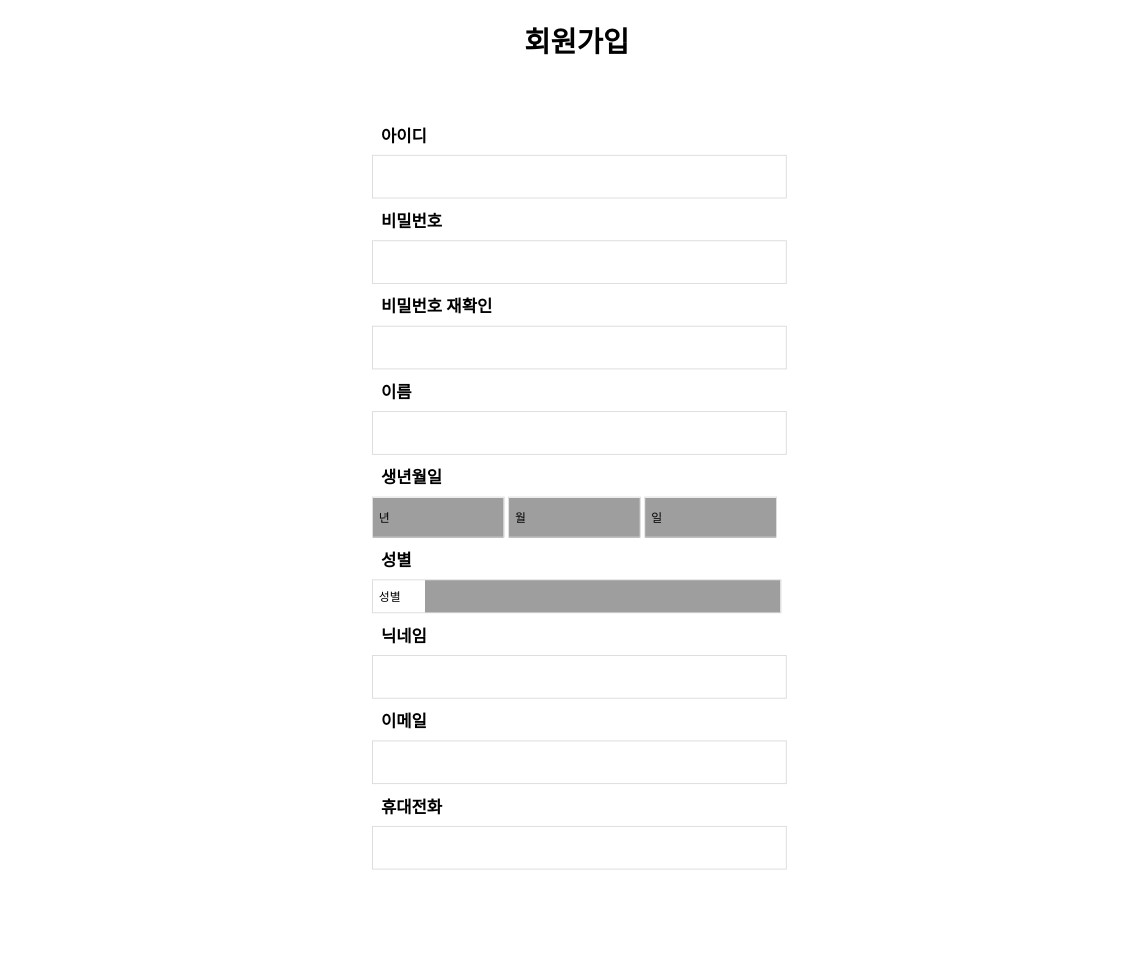
Repository: agheha/trillion
Page: YH/login/login.html
An editor plug-in stored every save of this project. The page is shown before and after a run of saves, followed by the edit.
The browser window is 1280 px wide. The page is 1288 px wide, so the pictures cover 1288 px, including what lies to the right of the window. The pictures show the whole page, at 89% of full size.
Pictures or frames that could not be fetched are drawn as grey boxes.

Above is the page before, as saved 2019-09-03 20:14:47.

### YH/login/login.html
<!DOCTYPE html>
<html lang="en">
<head>
    <meta charset="UTF-8">
    <meta name="viewport" content="width=device-width, initial-scale=1.0">
    <meta http-equiv="X-UA-Compatible" content="ie=edge">
    <title>Document</title>
    <link rel="stylesheet" href="login.css">
</head>
<body>
    <form>
        <header><h1>회원가입</h1></header>
        <fieldset>
                <div>
                    <h3>아이디</h3>
                    <div><input class="user_id" type="text" name="msg"></div>
                    <h3>비밀번호</h3>
                    <div><input type="password" name="pass"></div>
                    <h3>비밀번호 재확인</h3>
                    <div><input type="password" name="pass"></div>
                    <h3>이름</h3>
                    <div><input type="text" name="name"></div>
                    <h3>생년월일</h3>
                    <div>
                        <select id="birth_year" name="year">
                            <option value="1990">1990</option>
                            <option value="1991">1991</option>
                            <option value="1992">1992</option>
                            <option value="1993">1993</option>
                            <option value="1994">1994</option>
                            <option value="1995">1995</option>
                            <option value="1996">1996</option>
                            <option value="1997">1997</option>
                            <option value="1998">1998</option>
                            <option value="1999">1999</option>
                            <option value="2001">2001</option>
                            <option value="2002">2002</option>
                            <option value="2003">2003</option>
                            <option value="2004">2004</option>
                            <option value="2005">2005</option>
                            <option value="2006">2006</option>
                            <option value="2007">2007</option>
                            <option value="2008">2008</option>
                            <option value="2009">2009</option>
                            <option value="2010">2010</option>
                            <option value="2011">2011</option>
                            <option value="2012">2012</option>
                            <option value="2013">2013</option>
                            <option value="2014">2014</option>
                            <option value="2015">2015</option>
                            <option value="2016">2016</option>
                            <option value="2017">2017</option>
                            <option value="2018">2018</option>
                            <option value="2019">2019</option>
                            <option value="0" selected>년</option>
                        </select>
                        <select id="birth_month" name="month">
                            <option value="1">1</option>
                            <option value="2">2</option>
                            <option value="3">3</option>
                            <option value="4">4</option>
                            <option value="5">5</option>
                            <option value="6">6</option>
                            <option value="7">7</option>
                            <option value="8">8</option>
                            <option value="9">9</option>
                            <option value="10">10</option>
                            <option value="11">11</option>
                            <option value="12">12</option>
                        <option value="0" selected>월</option>
                    </select>
                        <select id="birth_date" name="date">
                            <option value="1">1</option>
                            <option value="2">2</option>
                            <option value="3">3</option>
                            <option value="4">4</option>
                            <option value="5">5</option>
                            <option value="6">6</option>
                            <option value="7">7</option>
                            <option value="8">8</option>
                            <option value="9">9</option>
                            <option value="10">10</option>
                            <option value="11">11</option>
                            <option value="12">12</option>
                            <option value="13">13</option>
                            <option value="14">14</option>
                            <option value="15">15</option>
                            <option value="16">16</option>
                            <option value="17">17</option>
                            <option value="18">18</option>
                            <option value="19">19</option>
                            <option value="20">20</option>
                            <option value="21">21</option>
                            <option value="22">22</option>
                            <option value="23">23</option>
                            <option value="24">24</option>
                            <option value="25">25</option>
                            <option value="26">26</option>
                            <option value="27">27</option>
                            <option value="28">28</option>
                            <option value="29">29</option>
                            <option value="30">30</option>
                            <option value="31">31</option>
                         <option value="0" selected>일</option>
                        </select>
                </div>
                <h3>성별</h3>
                <div>
                     <select id="gender" name="gender">
                        <option value="1">남자</option>
                        <option value="2">여자</option>
                        <option value="0" selected>성별</option>
                    </select>
                </div>
                <h3>닉네임</h3>
                <div><input type="password" name="nicname"></div>
                <h3>이메일</h3>
                <div><input type="email" name="email" required></div>
                <h3>휴대전화</h3>
                <div><input type="text" name="phnum"></div>
            </div>
        </fieldset>
        <footer></footer>
    </form>
</body>
</html>

### YH/login/login.css
body,html {
    width : 100%;
    height: 100%;
}
input{
    width: 100%;
    height: 45px;
    border: 1px solid #dadada;
    font-size: 15px;
}

#gender{
    width: 100%;
    height: 100%;
    border: 1px solid #dadada;
    padding: .8em .5em;
    font-family: inherit;
    background: #FFF url(https://static.nid.naver.com/images/join/pc/sel_arr_2x.gif) 100% 50% no-repeat;
    border-radius: 0px;
    -webkit-appearance: none;
    -moz-appearance: none;
    appearance: none;
}
#birth_year,#birth_month,#birth_date {
    width: 149px;
    height: 46px;
    border: 1px solid #dadada;
    padding: .8em .5em;
    font-family: inherit;
    background: #FFF url(https://static.nid.naver.com/images/join/pc/sel_arr_2x.gif) 100% 50% no-repeat;
    border-radius: 0px;
    -webkit-appearance: none;
    -moz-appearance: none;
    appearance: none;

}
h1 {
    text-align: center;
}
h3 {
    margin : 10px;
}
fieldset {
    width: 890px;
    margin : 0 auto;
    border : none;
}
fieldset > div {
    width: 460px;
    margin : 0 auto;
}
header{
    height: 100px;
    width: 100%;
}
footer {
    height: 100px;
    width: 100%;
}

After the next 2 saves:
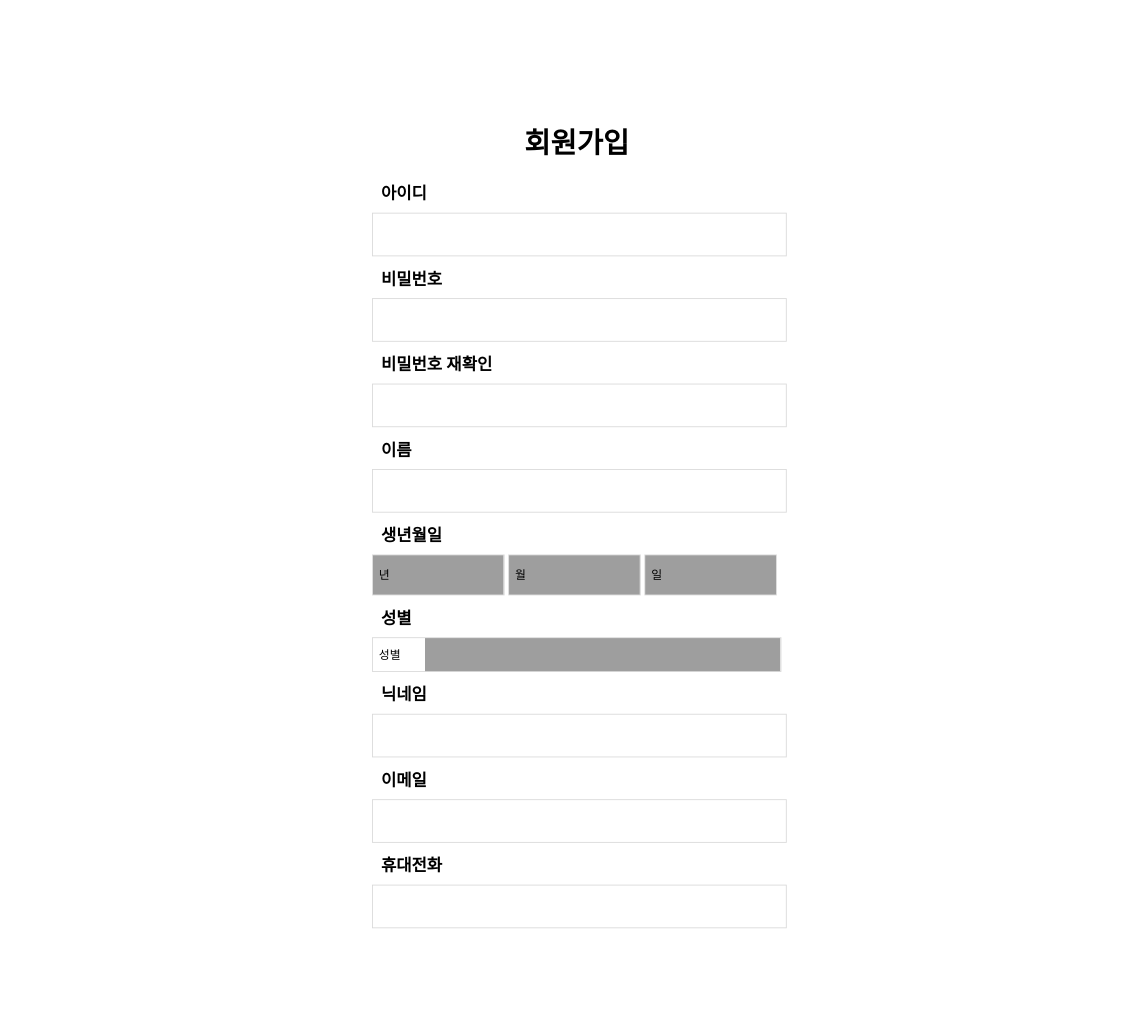
The 2 saves are shown as one change because they came seconds apart.
The last was saved 33 s later.
--- a/YH/login/login.html
+++ b/YH/login/login.html
@@ -9,8 +9,9 @@
 </head>
 <body>
     <form>
-        <header><h1>회원가입</h1></header>
+        <header></header>
         <fieldset>
+                <h1>회원가입</h1>
                 <div>
                     <h3>아이디</h3>
                     <div><input class="user_id" type="text" name="msg"></div>

After the save that followed:
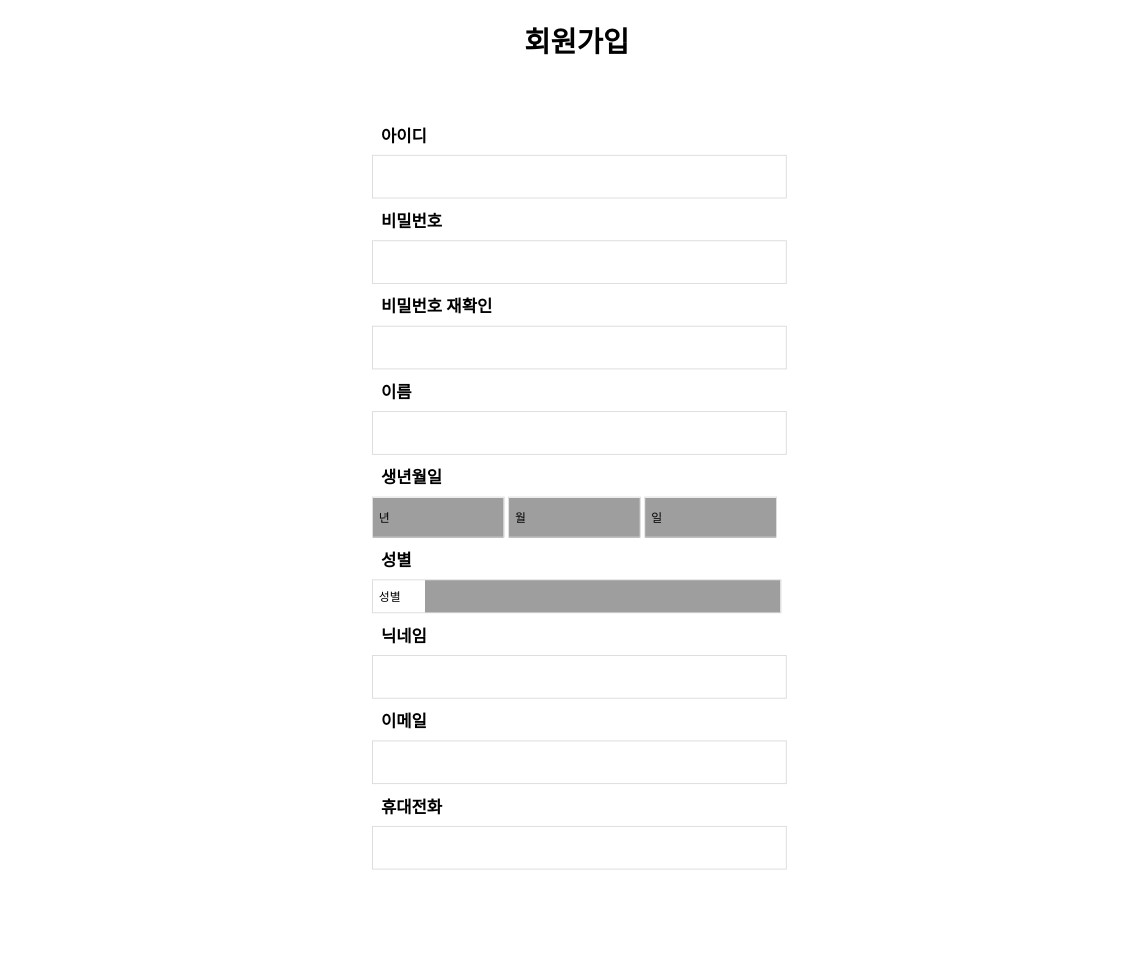
Saved 5 s later.
--- a/YH/login/login.html
+++ b/YH/login/login.html
@@ -9,9 +9,8 @@
 </head>
 <body>
     <form>
-        <header></header>
+        <header><h1>회원가입</h1></header>
         <fieldset>
-                <h1>회원가입</h1>
                 <div>
                     <h3>아이디</h3>
                     <div><input class="user_id" type="text" name="msg"></div>
